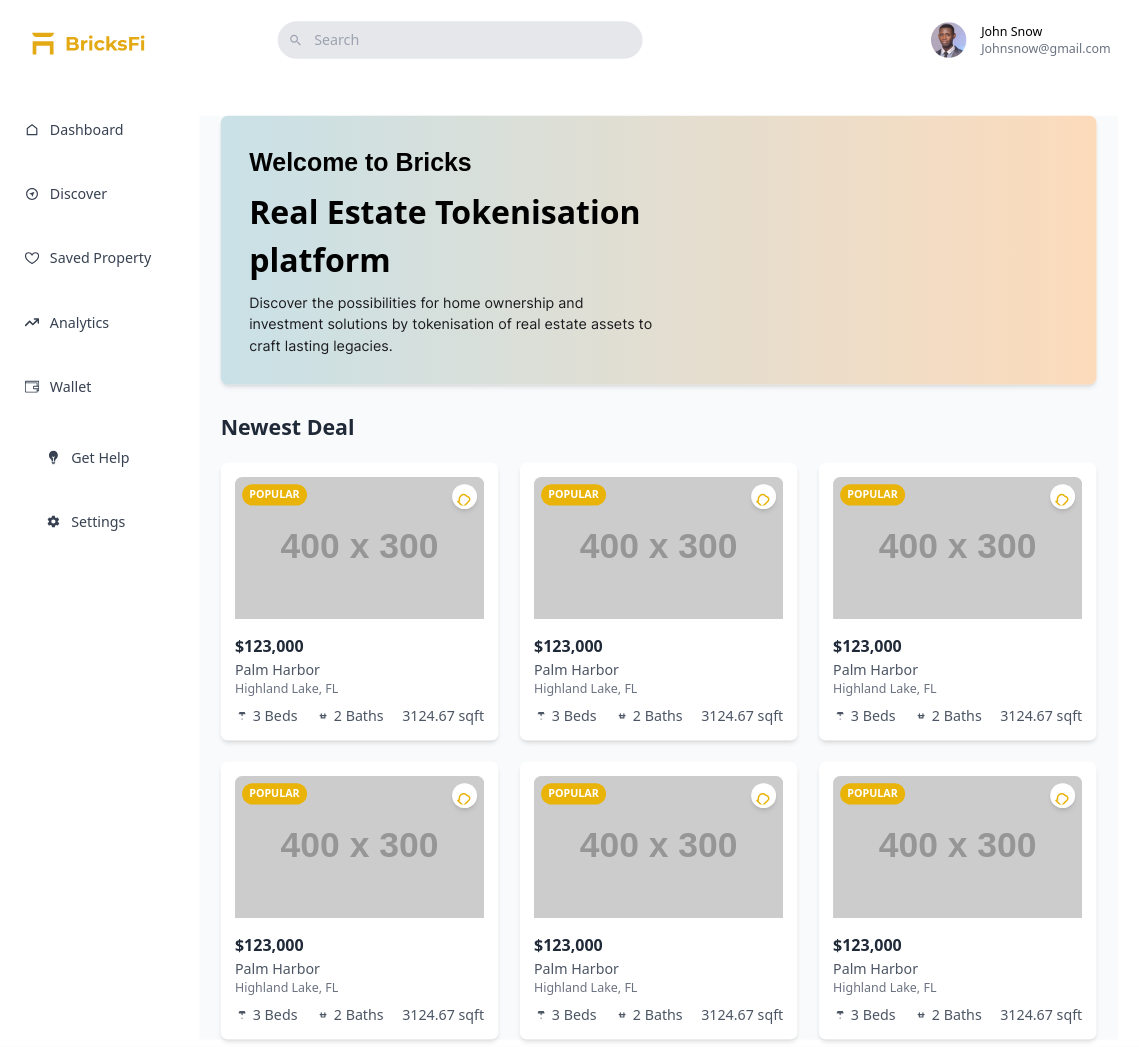
Repository: AyomideAkintade/BricksFi-Frontend
Page: /dashboard/discover (app in client/)
The author's editor kept a copy of each file at every save. The page is drawn from the files as they stood at one save, then again after the next save.
The browser window is 1280 px wide. The pictures show the whole page, at 89% of full size.
The page's requests for data from a server got no answer. The project was rebuilt for these pictures with package versions that can differ from the ones it lists, and the page was loaded fresh each time. No one was signed in, and anything a server would have sent is missing. Also part of the build but not shown: client/src/components/navbar.jsx, client/src/components/home.jsx, client/src/components/homeSecond.jsx, client/src/components/homeThird.jsx, client/src/components/homeFifth.jsx, client/src/components/homeSixth.jsx, client/src/components/homeSeventh.jsx, client/src/api/base.js and 16 more.

Above is the page before, as saved 2024-10-04 23:37:35.

### client/src/index.css
@import "tailwindcss/base";
@import "tailwindcss/components";
@import "tailwindcss/utilities";


@layer utilities {
    @font-face {
      font-family: Bebas Neue;
      font-weight: 400;
      src: url(/src/assets/fonts/BebasNeue-Regular.ttf) format("truetype");
    }
    @font-face {
      font-family: Manrope;
      src: url(/src/assets/fonts/Manrope-VariableFont_wght.ttf) format("truetype");
    }
    @font-face {
      font-family: DM Sans;
      src: url(/src/assets/fonts/DMSans-VariableFont_opsz.ttf) format("truetype");
    }
    @font-face {
      font-family: inter;
      src: url(/src/assets/fonts/Inter-VariableFont_slnt\,wght.ttf) format("truetype");
    }
    @font-face {
      font-family: Archivo;
      src: url(/src/assets/fonts/Archivo-Bold.ttf) format("truetype");
    }
    @font-face {
      font-family: Rubik;
      src: url(/src/assets/fonts/Rubik-VariableFont_wght.ttf) format("truetype");
    }
    @font-face {
      font-family: CircularStd;
      src: url(/src/assets/fonts/CircularStd-Bold.ttf) format("truetype");
      src: url(/src/assets/fonts/CircularStd-Medium.ttf) format("truetype");
    }
    @font-face {
        font-family: Poppins;
        src: url(/src/assets/fonts/Poppins-Regular.ttf) format("truetype"), url(/src/assets/fonts/Poppins-Bold.ttf) format("truetype"), url(/src/assets/fonts/Poppins-Medium.ttf) format("truetype");
      }
    @font-face {
      font-family: Lato;
      src: url(/src/assets/fonts/Lato-Regular.ttf) format("truetype"), url(/src/assets/fonts/Lato-Bold.ttf) format("truetype");
    }
    @font-face {
      font-family: satoshi;
      src: url(/src/assets/fonts/Satoshi-Variable.ttf) format("truetype");
    }
    @font-face {
      font-family: ClashDisplay;
      src: url(/src/assets/fonts/ClashDisplay-Variable.ttf) format("truetype");
    }
    @font-face {
      font-family: Outfit;
      src: url(/src/assets/fonts/Outfit-VariableFont_wght.ttf) format("truetype");
    }
    @font-face {
      font-family: Futura;
      src: url(/src/assets/fonts/Futura-Std-Book.ttf) format("truetype");
    }
    @font-face {
      font-family: NeurialGrotesk;
      font-weight: normal;
      src:  url(/src/assets/fonts/NeurialGrotesk-Regular.otf) format("opentype");
    }
    @font-face {
      font-family: NeurialGrotesk;
      font-weight: bold;
      src:  url(/src/assets/fonts/NeurialGrotesk-Bold.otf) format("opentype");
    }
    @font-face {
      font-family: NeurialGrotesk;
      font-weight: 500;
      src:  url(/src/assets/fonts/NeurialGrotesk-Medium.otf) format("opentype");
    }
    @font-face {
        font-family: Jakarta;
        src:  url(/src/assets/fonts/PlusJakartaSans-VariableFont_wght.ttf) format("truetype");
      }
}

### client/src/App.js
import { BrowserRouter as Router, Route, Routes } from "react-router-dom";
import Home from "./pages/homePage";
import HomeFourth from "./components/login.jsx";
import HomeEight from "./components/signup.jsx";
import ForgotPasswordPage from "./components/forgotPassword.jsx";
import DashboardLayout from "./pages/dashboardLayout";
import DashboardPage from "./pages/dashboard.jsx";
import PieAnalytics from "./components/analytics.jsx";
import Discover from "./components/discover.jsx";
import SavedPropertyPage from "./components/savedProperties.jsx";
import { ToastContainer } from "react-toastify";
import 'react-toastify/dist/ReactToastify.css';
import { useEffect, useState } from "react";
import { BrCookies } from "./utils/storage/cookies.js";
// import DiscoverPage from "./pages/discover.jsx";
// import SavedPropertyPage from "./pages/savedProperty.jsx";

function App() {

  const [ loggedIn, setLoggedIn ] = useState(false);
  const [ isLoading, setLoading ] = useState(true);

  useEffect(()=>{
    const ck = new BrCookies(document);
    ck.getCookie('authToken')
      .then((value) => {
        setLoggedIn(true);
        setLoading(false);
      })
      .catch((e) => {
        setLoading(false);
        // this.setState({ isLoading: false }); // Set loading to false even if there is an error
      });
  }, [])
  if (isLoading) {
    return <div></div>;
  }

  return (
    <div>
      <ToastContainer limit={5} />
      {loggedIn ?
      <Router>
        <Routes>
          <Route path="*" element={<DashboardLayout />}>
            <Route index element={<DashboardPage />} />
          </Route>
          <Route path="/dashboard" element={<DashboardLayout />}>
            <Route index element={<DashboardPage />} />
            <Route path="discover" element={<Discover/>} />
            <Route path="saved-property" element={<SavedPropertyPage/>} />
            <Route path="analytics" element={<PieAnalytics />} />
          </Route>
        </Routes>
      </Router>
      :
      <Router>
        <Routes>
          {/* Public Routes */}
          <Route path="/" element={<Home />} />
          <Route path="/login" element={<HomeFourth />} />
          <Route path="/signup" element={<HomeEight />} />
          <Route path="/forgot-password" element={<ForgotPasswordPage />} />

          {/* Dashboard Routes with Sidebar and Header */}
          <Route path="/dashboard" element={<DashboardLayout />}>
            <Route index element={<DashboardPage />} />
            <Route path="discover" element={<Discover/>} />
            <Route path="saved-property" element={<SavedPropertyPage/>} />
            <Route path="analytics" element={<PieAnalytics />} />
          </Route>
        </Routes>
      </Router>
      }
    </div>
  );
}

export default App;

### client/src/pages/dashboardLayout.jsx
import React from 'react';
import Sidebar from '../components/sidebar';
import Header from '../components/header';
import { Outlet } from 'react-router-dom';

const DashboardLayout = () => {
  return (
    <div className="flex">
      {/* Sidebar */}
      <Sidebar />

      <div className="flex-1 ml-[200px]">
        {/* Header */}
        <Header />

        <div className="px-6 py-2">
          {/* Outlet will render the child routes here */}
          <Outlet />
        </div>
      </div>
    </div>
  );
};

export default DashboardLayout;

### client/src/components/discover.jsx
import React from 'react';

const properties = [
  {
    id: 1,
    price: "$123,000",
    name: "Palm Harbor",
    location: "Highland Lake, FL",
    bedrooms: 3,
    bathrooms: 2,
    area: "3124.67 sqft",
    imageUrl: "https://via.placeholder.com/400x300", // Replace with actual image URL
    popular: true,
  },
  {
    id: 2,
    price: "$123,000",
    name: "Palm Harbor",
    location: "Highland Lake, FL",
    bedrooms: 3,
    bathrooms: 2,
    area: "3124.67 sqft",
    imageUrl: "https://via.placeholder.com/400x300", // Replace with actual image URL
    popular: true,
  },
  {
    id: 3,
    price: "$123,000",
    name: "Palm Harbor",
    location: "Highland Lake, FL",
    bedrooms: 3,
    bathrooms: 2,
    area: "3124.67 sqft",
    imageUrl: "https://via.placeholder.com/400x300", // Replace with actual image URL
    popular: true,
  },
  {
    id: 4,
    price: "$123,000",
    name: "Palm Harbor",
    location: "Highland Lake, FL",
    bedrooms: 3,
    bathrooms: 2,
    area: "3124.67 sqft",
    imageUrl: "https://via.placeholder.com/400x300", // Replace with actual image URL
    popular: true,
  },
  {
    id: 5,
    price: "$123,000",
    name: "Palm Harbor",
    location: "Highland Lake, FL",
    bedrooms: 3,
    bathrooms: 2,
    area: "3124.67 sqft",
    imageUrl: "https://via.placeholder.com/400x300", // Replace with actual image URL
    popular: true,
  },
  {
    id: 6,
    price: "$123,000",
    name: "Palm Harbor",
    location: "Highland Lake, FL",
    bedrooms: 3,
    bathrooms: 2,
    area: "3124.67 sqft",
    imageUrl: "https://via.placeholder.com/400x300", // Replace with actual image URL
    popular: true,
  },
  // Add more property data as needed
];

const Discover = () => {
  return (
    <div className="bg-gray-50 min-h-screen">
      {/* Hero Section */}
      <section className="bg-gradient-to-r from-[#C9E1E7] to-[#FCDBBB] p-8 rounded-lg mx-6 my-8 shadow-md">
        <div className="grid grid-cols-1 md:grid-cols-2 items-center">
          <div className='flex flex-col gap-2'>
            <h1 className="text-[28px] font-semibold font-[sans-serif]">
              Welcome to Bricks
            </h1>
            <p className="text-[36px] font-semibold">
              Real Estate Tokenisation platform
            </p>
            <p className="text-[#1C1B1F] tracking-[2%] font-inter">
              Discover the possibilities for home ownership and investment
              solutions by tokenisation of real estate assets to craft lasting
              legacies.
            </p>
          </div>
          {/* <div>
            <img
              src="https://via.placeholder.com/600x400" // Replace with actual image URL
              alt="Real Estate Building"
              className="w-full rounded-lg"
            />
          </div> */}
        </div>
      </section>

      {/* Newest Deal Section */}
      <section className="px-6">
        <h2 className="text-2xl font-semibold text-gray-800 mb-6">Newest Deal</h2>
        <div className="grid grid-cols-1 md:grid-cols-3 lg:grid-cols-3 gap-6">
          {properties.map((property) => (
            <div key={property.id} className="bg-white p-4 rounded-lg shadow-md">
              <div className="relative">
                <img
                  src={property.imageUrl}
                  alt={property.name}
                  className="w-full h-40 object-cover rounded-t-lg"
                />
                {property.popular && (
                  <div className="absolute top-2 left-2 bg-yellow-500 text-white text-xs font-semibold px-2 py-1 rounded-full">
                    POPULAR
                  </div>
                )}
                <button className="absolute top-2 right-2 bg-white p-1 rounded-full shadow-md">
                  <svg
                    xmlns="http://www.w3.org/2000/svg"
                    fill="none"
                    viewBox="0 0 24 24"
                    stroke="currentColor"
                    className="w-5 h-5 text-yellow-500"
                  >
                    <path
                      strokeLinecap="round"
                      strokeLinejoin="round"
                      strokeWidth={2}
                      d="M5.121 17.804A4.992 4.992 0 015 15c0-1.38.56-2.63 1.464-3.536l.707-.707c.879-.88 2.03-1.464 3.537-1.464 1.507 0 2.658.584 3.537 1.464l.707.707A4.992 4.992 0 0119 15a4.992 4.992 0 01-1.465 3.535l-6.585 6.585a1 1 0 01-1.414 0l-6.585-6.585z"
                    />
                  </svg>
                </button>
              </div>
              <div className="mt-4">
                <h3 className="text-lg font-semibold text-gray-800">{property.price}</h3>
                <p className="text-gray-600">{property.name}</p>
                <p className="text-sm text-gray-500">{property.location}</p>
                <div className="flex items-center justify-between mt-2">
                  <div className="flex items-center text-gray-600">
                    <svg
                      xmlns="http://www.w3.org/2000/svg"
                      fill="none"
                      viewBox="0 0 24 24"
                      stroke="currentColor"
                      className="w-4 h-4 mr-1"
                    >
                      <path
                        strokeLinecap="round"
                        strokeLinejoin="round"
                        strokeWidth={2}
                        d="M8 7h8M7 9h10M12 12V9m0 9h.01"
                      />
                    </svg>
                    {property.bedrooms} Beds
                  </div>
                  <div className="flex items-center text-gray-600">
                    <svg
                      xmlns="http://www.w3.org/2000/svg"
                      fill="none"
                      viewBox="0 0 24 24"
                      stroke="currentColor"
                      className="w-4 h-4 mr-1"
                    >
                      <path
                        strokeLinecap="round"
                        strokeLinejoin="round"
                        strokeWidth={2}
                        d="M7 12h10M9 12v4h6v-4M9 9v3m6-3v3"
                      />
                    </svg>
                    {property.bathrooms} Baths
                  </div>
                  <div className="text-gray-600">{property.area}</div>
                </div>
              </div>
            </div>
          ))}
        </div>
      </section>
    </div>
  );
};

export default Discover;

### client/src/utils/storage/cookies.js

// eslint-disable-next-line no-unused-vars
class BrCookies {

    constructor(document) {
        this.document = document || (typeof document !== "undefined" ? document : null);
    }

    /**
     *
     * @param {Array<CookieData>} dataList
     */

    saveCookies(dataList){

        if (!Array.isArray(dataList)) {
            throw new Error("Data list must be an array.");
        }

        for (const data of dataList) {
            if (!(data instanceof CookieData)) {
                throw new Error("Invalid cookie data format.");
            }

            // save each cookie
            let cookieValue = `${data.name}=${data.value}; expires=${data.expiryDate.toUTCString()}; path=/`;

            // Set SameSite=None if running on localhost
            if (window.location.hostname !== 'localhost') {

                cookieValue += '; SameSite=Strict; Secure'
            }

            this.document.cookie = cookieValue;
        }
    }

    async getCookie(name) {
        return new Promise((resolve, reject) => {
          const cookies = this.document.cookie.split('; ');
          for (const cookie of cookies) {
            const [cookieName, cookieValue] = cookie.split('=');
            if (cookieName === name) {
              resolve(cookieValue);
              return;
            }
          }
          reject(new Error(`Cookie with name ${name} not found.`));
        });
    }

    removeCookie(name) {
        this.document.cookie = name + "=;Path=/;expires=Thu, 01 Jan 1970 00:00:00 GMT";
    }

    removeAllCookies() {
        const cookies = this.document.cookie.split(";");
        for (var i = 0; i < cookies.length; i++) {
            const cookie = cookies[i];
            const eqPos = cookie.indexOf("=");
            const name = eqPos > -1 ? cookie.substr(0, eqPos) : cookie;
            document.cookie = name + "=;Path=/;expires=Thu, 01 Jan 1970 00:00:00 GMT";
        }
    }
}


class CookieData {
    constructor(name, value, expiryDate) {

        if (typeof name !== "string" || typeof value !== "string" || !(expiryDate instanceof Date) || name.length === 0) {
            throw new Error("Invalid CookieData format.");
        }

        this.name = name;
        this.value = value;
        this.expiryDate = expiryDate;
    }
}

function createCookieDate(timeInSec) {

    const timeInDays = timeInSec / (3600 * 24);

    const currentDate = new Date();

    const futureDate = new Date();
    futureDate.setDate(currentDate.getDate() + timeInDays);


    return futureDate
}


export { BrCookies, CookieData, createCookieDate };

### client/src/components/sidebar.jsx
import React from 'react';
import { Link } from 'react-router-dom';
import { RiHomeLine } from "react-icons/ri";
import { RiCompassDiscoverLine } from "react-icons/ri";
import { GrFavorite } from "react-icons/gr";
import { FaArrowTrendUp } from "react-icons/fa6";
import { TfiWallet } from "react-icons/tfi";
import { IoBulbSharp } from "react-icons/io5";
import { IoMdSettings } from "react-icons/io";
import BricksFi from "../assets/bricksfi.svg"

const Sidebar = () => {
  return (
    <aside className="bg-white h-screen w-[15%] fixed p-3 min-w-[200px]">
      <div className="p-6">
        <img
        src={BricksFi}
        alt='BricksFi'
        className='w-full'
        />
      </div>
      <nav className="mt-8">
        <ul className="space-y-4">
          <li className="p-4 hover:bg-yellow-100">
            <Link to="/dashboard" className="flex items-center text-gray-700">
              <RiHomeLine className="mr-3" /> Dashboard
            </Link>
          </li>
          <li className="p-4 hover:bg-yellow-100">
            <Link to="/dashboard/discover" className="flex items-center text-gray-700">
              <RiCompassDiscoverLine className="mr-3" /> Discover
            </Link>
          </li>
          <li className="p-4 hover:bg-yellow-100">
            <Link to="/dashboard/saved-property" className="flex items-center text-gray-700">
              <GrFavorite className="mr-3" /> Saved Property
            </Link>
          </li>
          <li className="p-4 hover:bg-yellow-100">
            <Link to="/dashboard/analytics" className="flex items-center text-gray-700">
              <FaArrowTrendUp className="mr-3" /> Analytics
            </Link>
          </li>
          <li className="p-4 hover:bg-yellow-100">
            <Link to="/dashboard/wallet" className="flex items-center text-gray-700">
              <TfiWallet className="mr-3" /> Wallet
            </Link>
          </li>
        </ul>
      </nav>
      <div className="mt-auto p-6">
        <ul className="space-y-4">
          <li className="p-4 hover:bg-yellow-100">
            <Link to="/" className="flex items-center text-gray-700">
              <IoBulbSharp className="mr-3" /> Get Help
            </Link>
          </li>
          <li className="p-4 hover:bg-yellow-100">
            <Link to="/" className="flex items-center text-gray-700">
              <IoMdSettings className="mr-3" /> Settings
            </Link>
          </li>
        </ul>
      </div>
    </aside>
  );
};

export default Sidebar;

### client/src/components/header.jsx
import React from 'react';
import COCO from "../assets/clem.jpeg"
import { IoMdSearch } from "react-icons/io";
import { IoNotificationsOutline } from "react-icons/io5";

const Header = () => {
  return (
    <div className="w-full flex gap-10 justify-between items-center py-6 bg-white sticky top-0 z-50 px-12" >
      {/* style={{boxShadow: "1px 1px 20px -8px #0000001A"}} */}
      <div className='px-16 w-full'>
      <div className="relative w-2/3">
        <input
          type="text"
          placeholder="Search"
          className="p-2 pl-10 w-full border rounded-full bg-gray-200 text-black focus:outline-none"
        />
        <IoMdSearch className="absolute left-3 top-1/2 transform -translate-y-1/2 text-gray-400" />
      </div>
      </div>
      <div className="flex items-center space-x-4 ">
        <IoNotificationsOutline className="text-gray-700 text-2xl" />
        <img
          src={COCO}
          alt="profile"
          className="rounded-full h-10 w-10"
        />
        <div className="">
          <span className="block text-sm font-medium">John Snow</span>
          <span className="block text-sm text-gray-500">Johnsnow@gmail.com</span>
        </div>
      </div>
    </div>
  );
};

export default Header;

### client/tailwind.config.js
/** @type {import('tailwindcss').Config} */
module.exports = {
  content: ["./src/**/*.{html,js,jsx}"],
  theme: {
    extend: {
      fontFamily: {
        Bebas: ['Bebas Neue'],
        Manrope: ['Manrope'],
        dmsans: ['DM Sans'],
        inter: ['inter'],
        Archivo: ['Archivo'],
        Rubik: ['Rubik'],
        CircularStd: 'CircularStd',
        Poppins: 'Poppins',
        Lato: 'Lato',
        satoshi: 'satoshi',
        ClashDisplay: 'ClashDisplay',
        outfit: 'Outfit',
        futura: 'Futura',
        Neurial: 'NeurialGrotesk',
        jakarta: 'Jakarta'
      }
    },
    screens: {
      sm: '640px',
      // => @media (min-width: 640px) { ... }

      md: '768px',
      // => @media (min-width: 768px) { ... }

      lg: '1024px',
      // => @media (min-width: 1024px) { ... }

      xl: '1280px',
      // => @media (min-width: 1280px) { ... }

      '2xl': '1536px',
      // => @media (min-width: 1536px) { ... }
      'custombp': {'raw': '(min-height: 375px),(min-width:768px)'}
    },
  },
  plugins: [],
}

Loaded but not shown: client/public/index.html (common file); client/src/index.js (common file); client/src/reportWebVitals.js (common file)

After the next save:
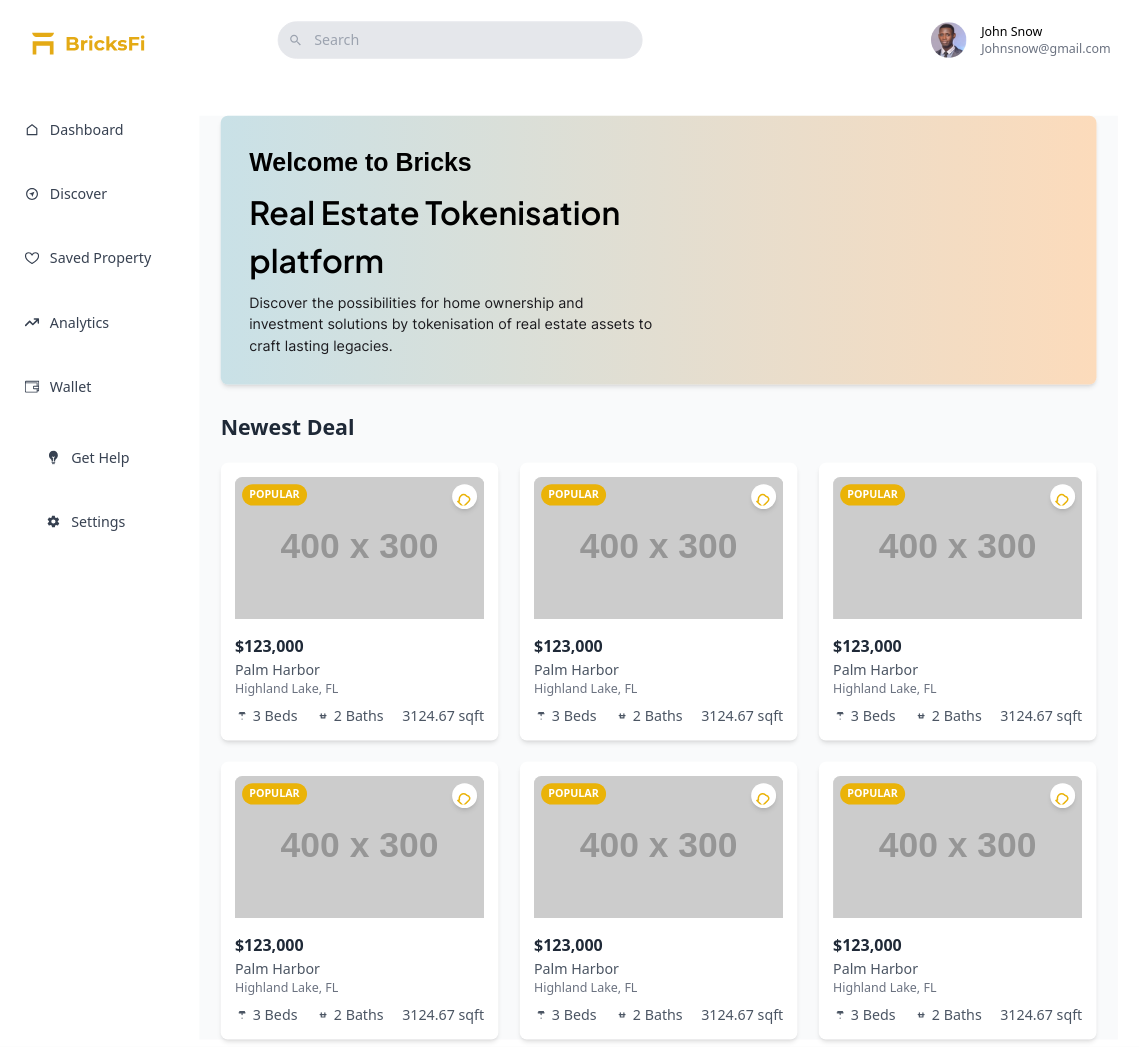
Saved 5 s later.
--- a/client/src/components/discover.jsx
+++ b/client/src/components/discover.jsx
@@ -80,7 +80,7 @@ const Discover = () => {
             <h1 className="text-[28px] font-semibold font-[sans-serif]">
               Welcome to Bricks
             </h1>
-            <p className="text-[36px] font-semibold">
+            <p className="text-[36px] font-semibold font-jakarta">
               Real Estate Tokenisation platform
             </p>
             <p className="text-[#1C1B1F] tracking-[2%] font-inter">
